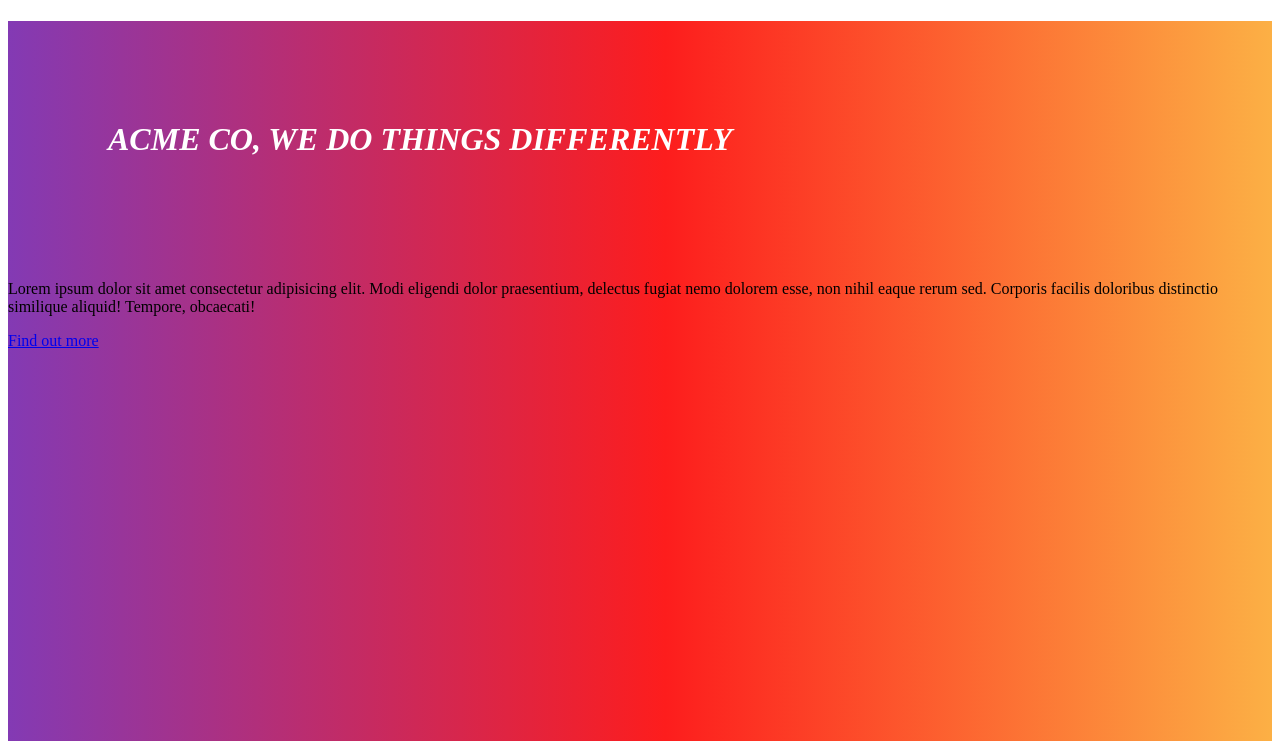
Repository: sristigupta04/basic-js-project
Page: gradient/gr.html
An editor plug-in stored every save of this project. The page is shown before and after the next save, followed by the edit.
The browser window is 1280 px wide. The pictures show the whole page.

Above is the page before, as saved 2025-11-03 00:09:28.

After the next save:
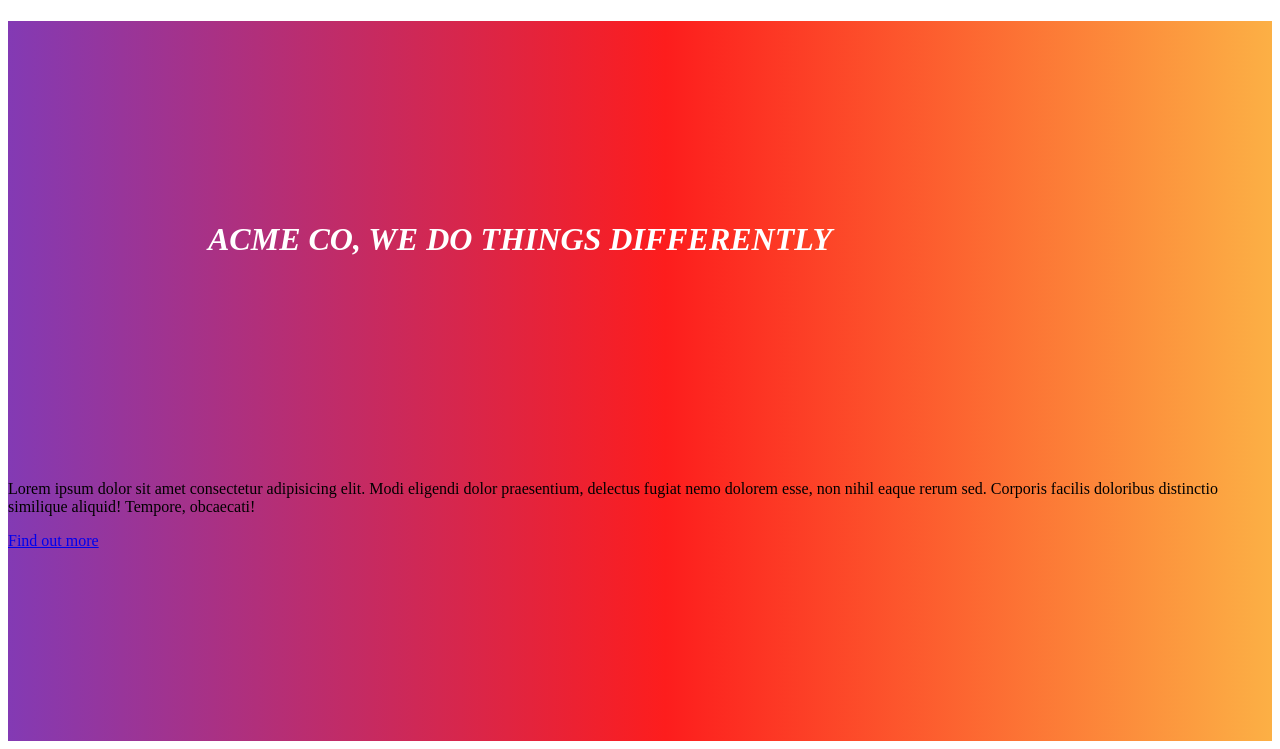
Saved 8 s later.
--- a/gradient/gr.css
+++ b/gradient/gr.css
@@ -13,7 +13,7 @@ background: linear-gradient(90deg, rgba(131, 58, 180, 1) 0%, rgba(253, 29, 29, 1
     color:white;
     justify-content: center;
     justify-items: center;
-    padding: 100px;
+    padding: 200px;
 
     font-style: italic;
     font-feature-settings: "aalt";
